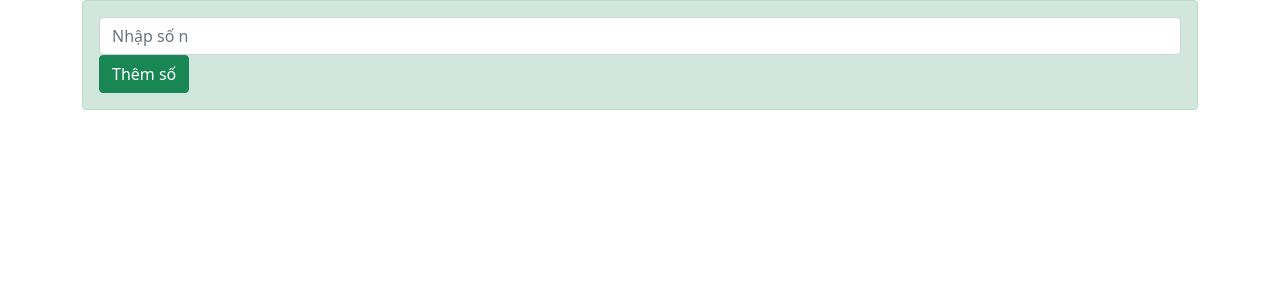
Repository: qkhanh1104k/Js-buoi7-8
Page: index.html
These files come from the project's save history. The page is drawn as it stood at one moment and after the next save; the edit follows.
The browser window is 1280 px wide. The pictures show the whole page.

Above is the page before, as saved 2022-07-26 19:09:05.

After the next save:
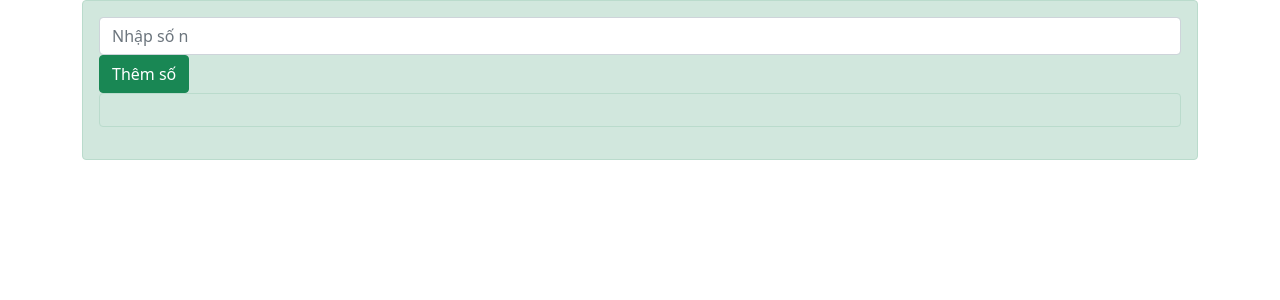
Saved 6 min 20 s later.
--- a/index.html
+++ b/index.html
@@ -15,7 +15,7 @@
   <body>
     <div class="container">
       <div>
-        <div class="alert alert-success" id="resultBt1">
+        <div class="alert alert-success">
           <input
             type="text"
             placeholder="Nhập số n"
@@ -23,6 +23,7 @@
             class="form-control"
           />
           <button class="btn btn-success" onclick="addNum()">Thêm số</button>
+          <div class="alert alert-success" id="resultBt1"></div>
         </div>
       </div>
     </div>
